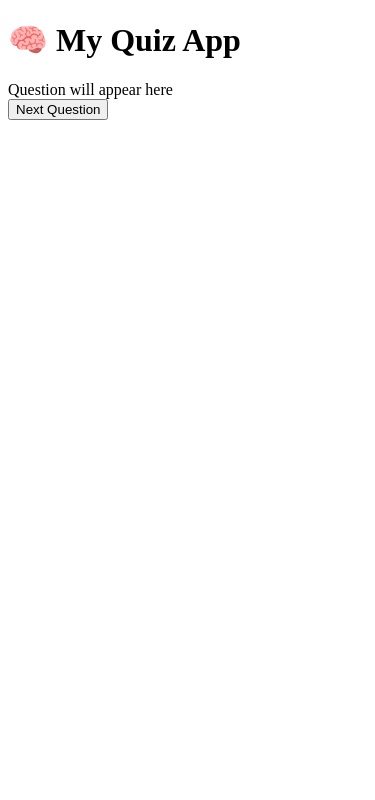
Repository: fatimaqueen9967-eng/SyntacexhubQuizApp
Page: index.html
These files come from the project's save history. The page is drawn as it stood at one moment and after the next save; the edit follows.
The browser window is 375 px wide. The pictures show the whole page.

Above is the page before, as saved 2026-03-15 06:48:31.
Not found: script.js

After the next save:
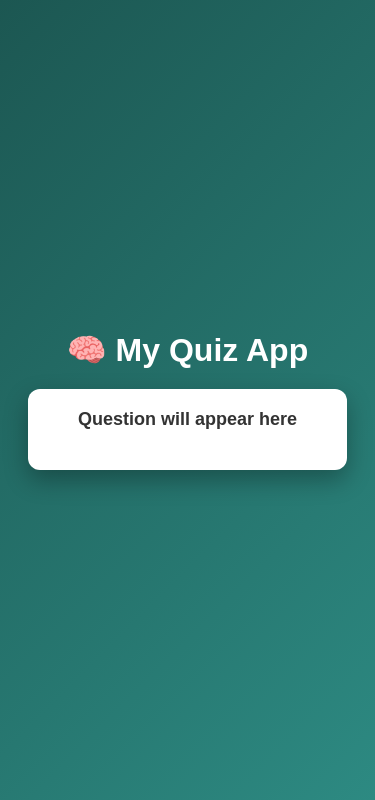
Saved 8 s later.
--- a/style.css
+++ b/style.css
@@ -32,3 +32,122 @@
     border-radius: 5px;
     cursor: pointer;
 } */
+ *{
+margin:0;
+padding:0;
+box-sizing:border-box;
+}
+
+body{
+background:linear-gradient(135deg,#1c5752,#2d8a82);
+font-family:Arial, sans-serif;
+min-height:100vh;
+display:flex;
+flex-direction:column;
+align-items:center;
+justify-content:center;
+color:white;
+padding:20px;
+}
+
+h1{
+margin-bottom:20px;
+animation:fadeDown 1s ease;
+}
+
+.box{
+background:white;
+color:#333;
+padding:30px;
+border-radius:12px;
+width:420px;
+max-width:95%;
+box-shadow:0 10px 25px rgba(0,0,0,0.3);
+text-align:center;
+animation:fadeUp 1s ease;
+}
+
+#question{
+font-size:20px;
+margin-bottom:20px;
+font-weight:bold;
+}
+
+.options{
+display:flex;
+flex-direction:column;
+gap:10px;
+}
+
+.options button{
+padding:12px;
+border:none;
+border-radius:8px;
+background:#1c5752;
+color:white;
+cursor:pointer;
+transition:0.3s;
+}
+
+.options button:hover{
+background:#14433f;
+transform:scale(1.05);
+}
+
+.correct{
+background:green !important;
+}
+
+.wrong{
+background:red !important;
+}
+
+#nextBtn{
+margin-top:20px;
+padding:12px;
+border:none;
+border-radius:8px;
+background:#2d8a82;
+color:white;
+cursor:pointer;
+display:none;
+}
+
+/* Animations */
+
+@keyframes fadeUp{
+from{
+opacity:0;
+transform:translateY(30px);
+}
+to{
+opacity:1;
+transform:translateY(0);
+}
+}
+
+@keyframes fadeDown{
+from{
+opacity:0;
+transform:translateY(-30px);
+}
+to{
+opacity:1;
+transform:translateY(0);
+}
+}
+
+/* Mobile Responsive */
+
+@media (max-width:500px){
+
+.box{
+width:100%;
+padding:20px;
+}
+
+#question{
+font-size:18px;
+}
+
+}
